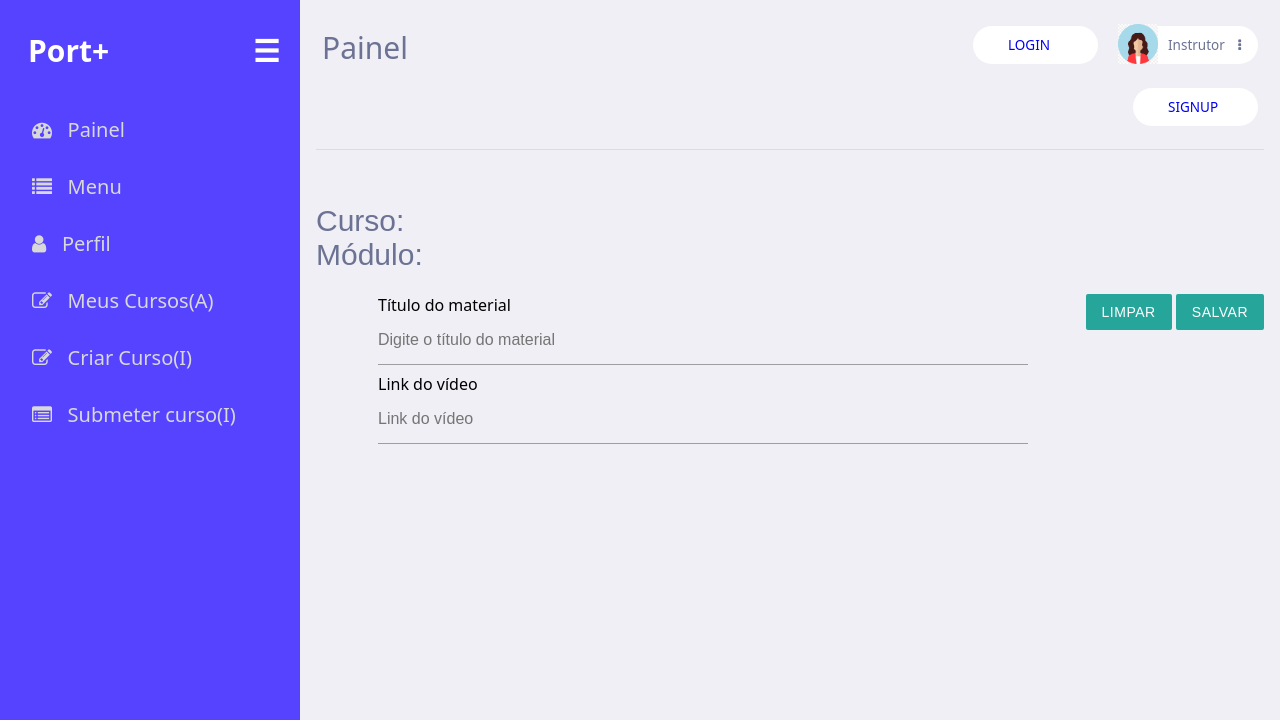
Repository: LauraMViana/Port-plus
Page: http://localhost/portPlus/criarCurso/addVideo
An editor plug-in stored every save of this project. The page is shown before and after the next save, followed by the edit.
The browser window is 1280 px wide. The pictures show the whole page.
The page is this project's Thymeleaf template; nobody is signed in. The template is opened directly, without the code that normally fills it, so the values that code supplies are empty.

Above is the page before, as saved 2021-12-28 14:45:46.

After the next save:
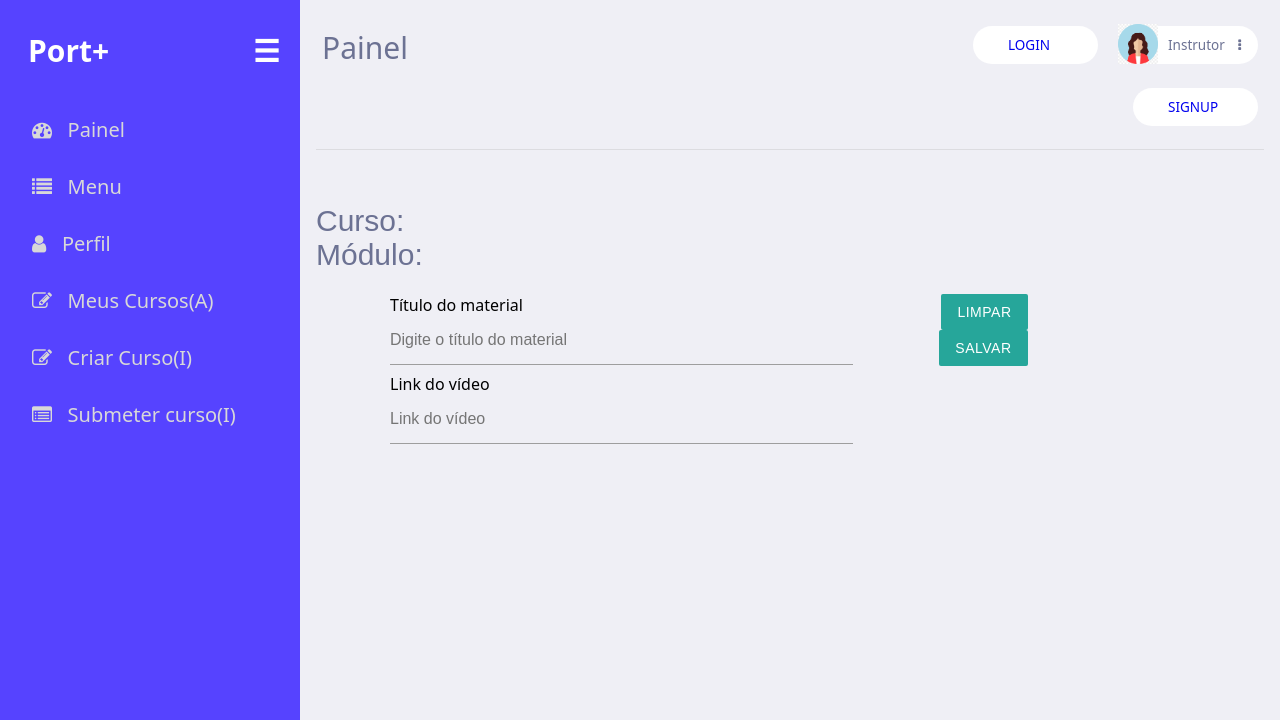
Saved 47 s later.
--- a/port/src/main/resources/templates/portPlus/criarCurso/addVideo.html
+++ b/port/src/main/resources/templates/portPlus/criarCurso/addVideo.html
@@ -24,6 +24,7 @@
 		<form
 			th:action="@{/portPlus/criarCurso/{idC}/{idMod} (idC=${curso.id},idMod=${modulo.id})}"
 			method="post">
+			<div class="col s9">
 			<div class="input-field col s9">
 				<label for="tituloM">Título do material</label><input
 					placeholder="Digite o título do material" id="tituloM" type="text"
@@ -41,7 +42,7 @@
 					type="reset" name="action">Limpar</button>
 				<button class="btn waves-effect waves-light align-center"
 					type="submit" name="action">Salvar</button>
-			</div>
+			</div></div>
 		</form>
 	</div>
 	<script
